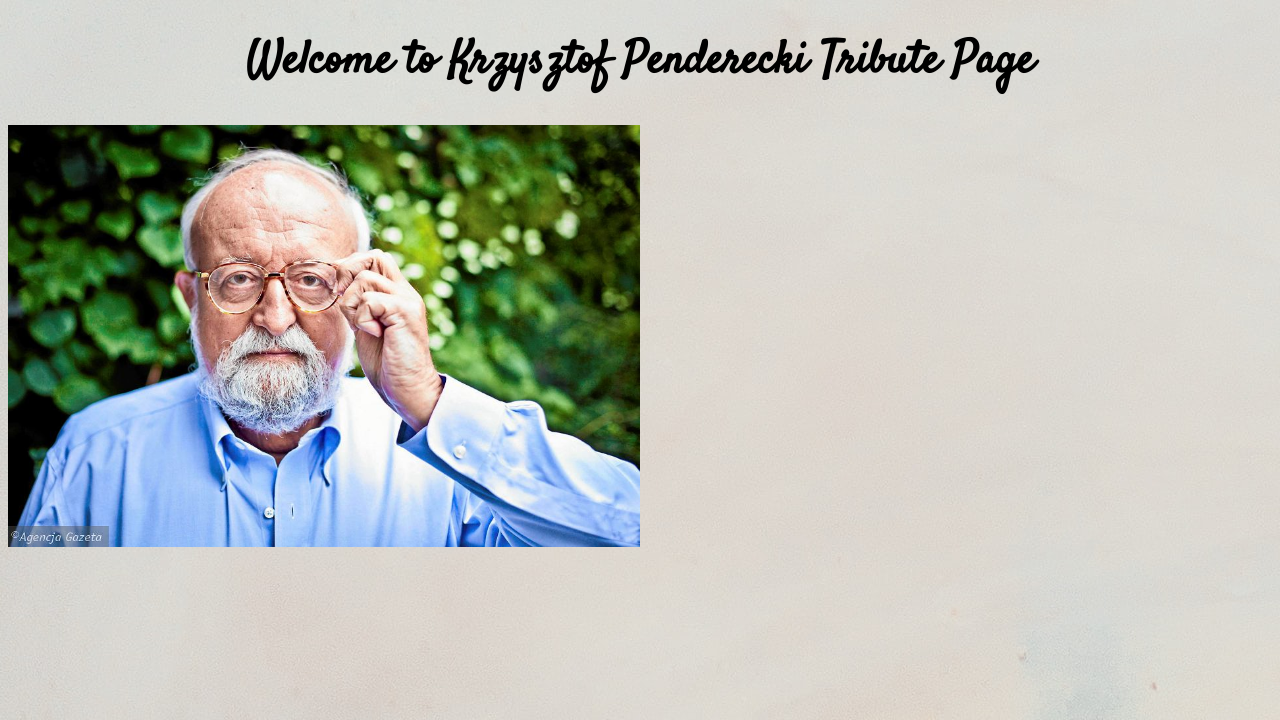
Repository: justynke/tribute_page
Page: index.html
These files come from the project's save history. The page is drawn as it stood at one moment and after the next save; the edit follows.
The browser window is 1280 px wide. The pictures show the whole page.

Above is the page before, as saved 2020-04-22 23:36:37.

### index.html
<!DOCTYPE html>
<html lang = "pl-PL">
<head>
    <link href="https://fonts.googleapis.com/css2?family=Satisfy&display=swap" rel="stylesheet">
    <link rel="stylesheet" type="text/css" href="styles.css">
    <title>Krzysztof Penderecki Tribute Page</title>
</head>
<body>
    <h1 id = "title">Welcome to Krzysztof Penderecki Tribute Page</h1>
    <div id = "img-div">
        <img id = "pender01" src = "images/penderecki_01.jpg">


    </div>





</body>
</html>

### styles.css
body {
    background-image: url(images/background.jpg);
}

h1 {
    text-align: center;
    font-family: Satisfy;
    font-size: 45px;
}

#pender01 {
    width: 50%;
}

After the next save:
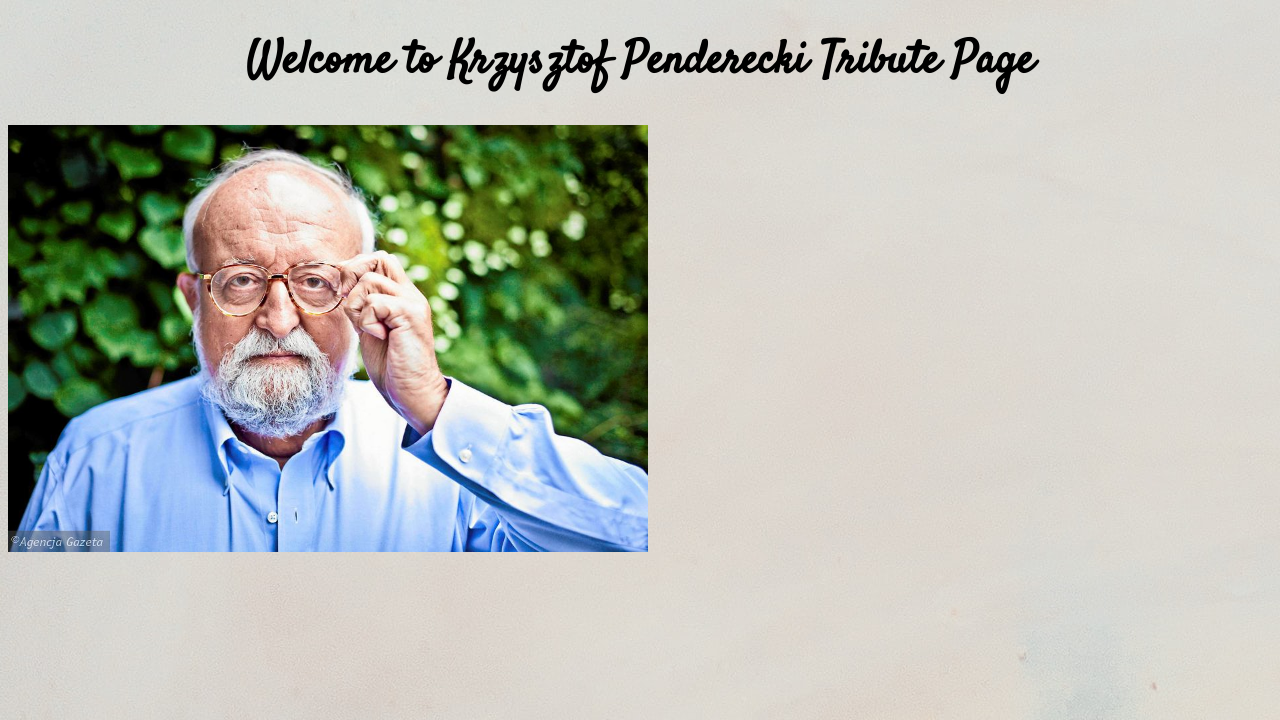
Saved 11 s later.
--- a/styles.css
+++ b/styles.css
@@ -9,5 +9,5 @@
 }
 
 #pender01 {
-    width: 50%;
+    width: 50vw;
 }
